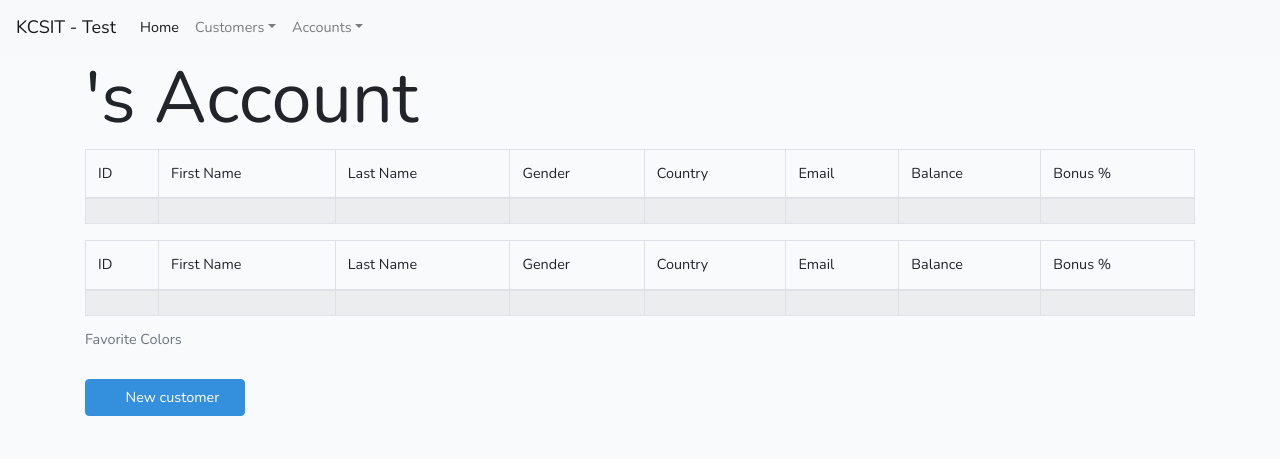
Repository: GilmarBrito/kcsit
Page: resources/views/accounts/index.blade.php
The author's editor kept a copy of each file at every save. The page is drawn from the files as they stood at one save, then again after the next save.
The browser window is 1280 px wide. The pictures show the whole page.
The page is served by the project's Laravel application, run on PHP 8.4 with Laravel 8. Style sheets and scripts are compiled from the project's sources, by tool versions that may differ from the author's. The template is opened directly, without the code that normally fills it, so the values that code supplies are empty.

Above is the page before, as saved 2020-03-09 02:49:54.
Console error: ReferenceError: $ is not defined

After the next save:
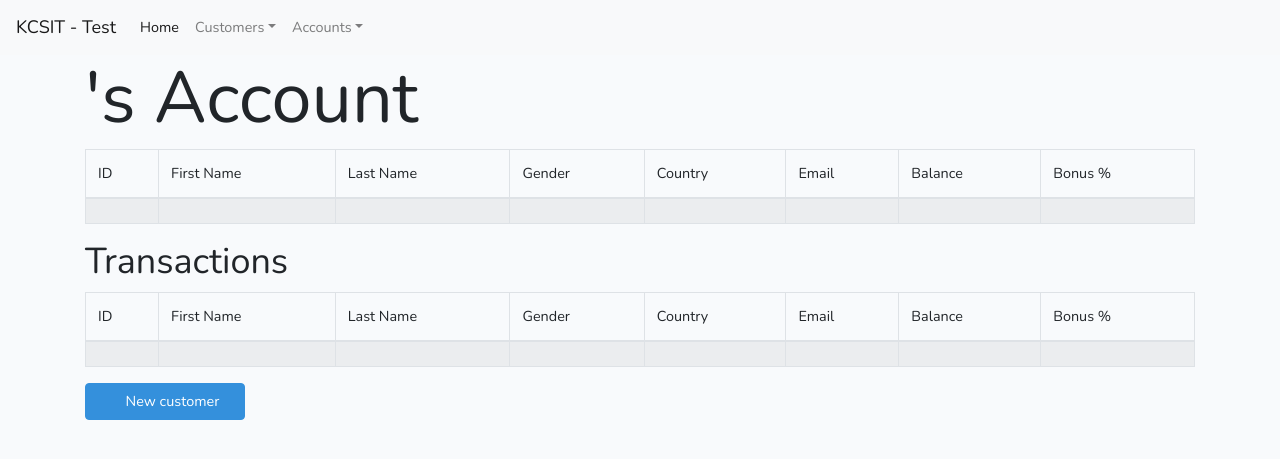
Saved 93 s later.
--- a/resources/views/accounts/index.blade.php
+++ b/resources/views/accounts/index.blade.php
@@ -37,8 +37,8 @@
         </table>
     </div>
     <div class="col-sm-12">
+        <h1>Transactions</h1>
         <table class="table table-striped table-bordered">
-        <caption>Favorite Colors</caption>
             <thead>
                 <tr>
                     <td>ID</td>
